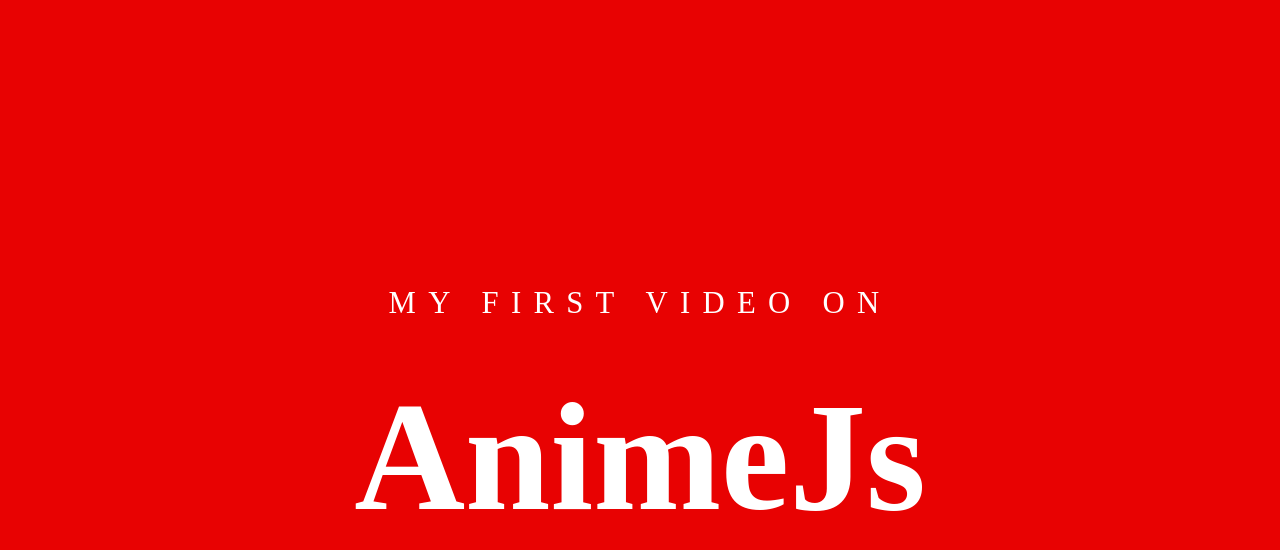
Repository: honghyunAhn/DailyFront
Page: Day210213_Background_Animation/index.html
An editor plug-in stored every save of this project. The page is shown before and after the next save, followed by the edit.
The browser window is 1280 px wide. The pictures show the whole page.

Above is the page before, as saved 2021-02-13 20:57:46.

After the next save:
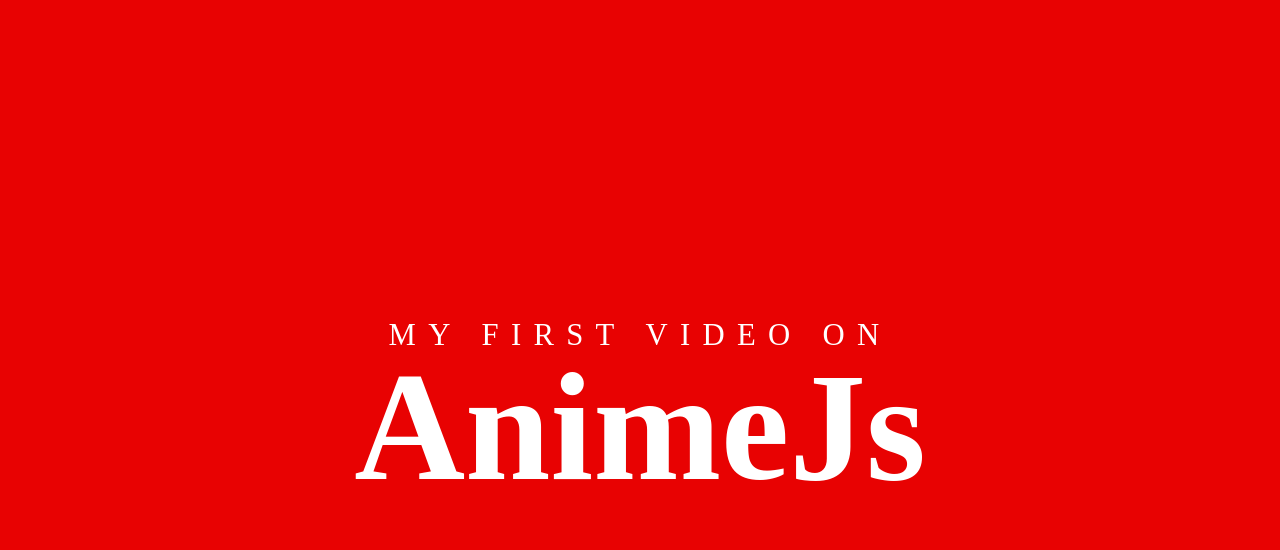
Saved 7 s later.
--- a/Day210213_Background_Animation/style.css
+++ b/Day210213_Background_Animation/style.css
@@ -26,7 +26,7 @@
   color: #fff;
   text-align: center;
   font-size: 12vw;
-  line-height: 1em;
+  line-height: 0.6em;
   z-index: 1000;
   font-size: 900;
 }
